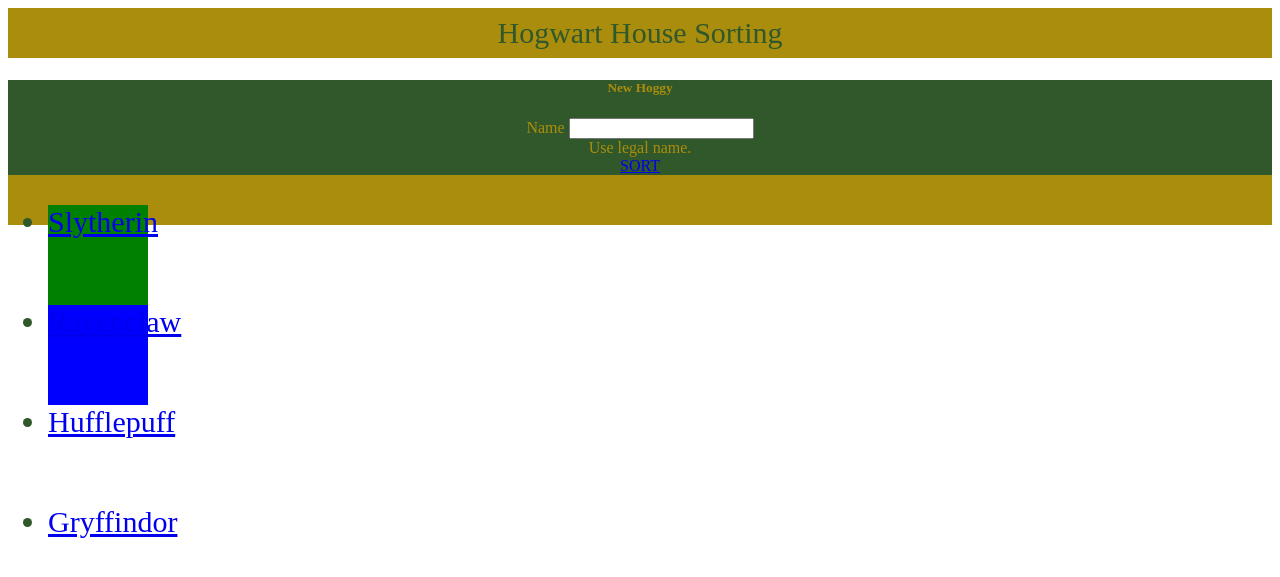
Repository: ZamlZam/INDIVIDUAL-PROJECT-sorting-hat
Page: index.html
An editor plug-in stored every save of this project. The page is shown before and after a run of saves, followed by the edit.
The browser window is 1280 px wide. The pictures show the whole page.

Above is the page before, as saved 2023-04-29 11:52:32.

After the next 5 saves:
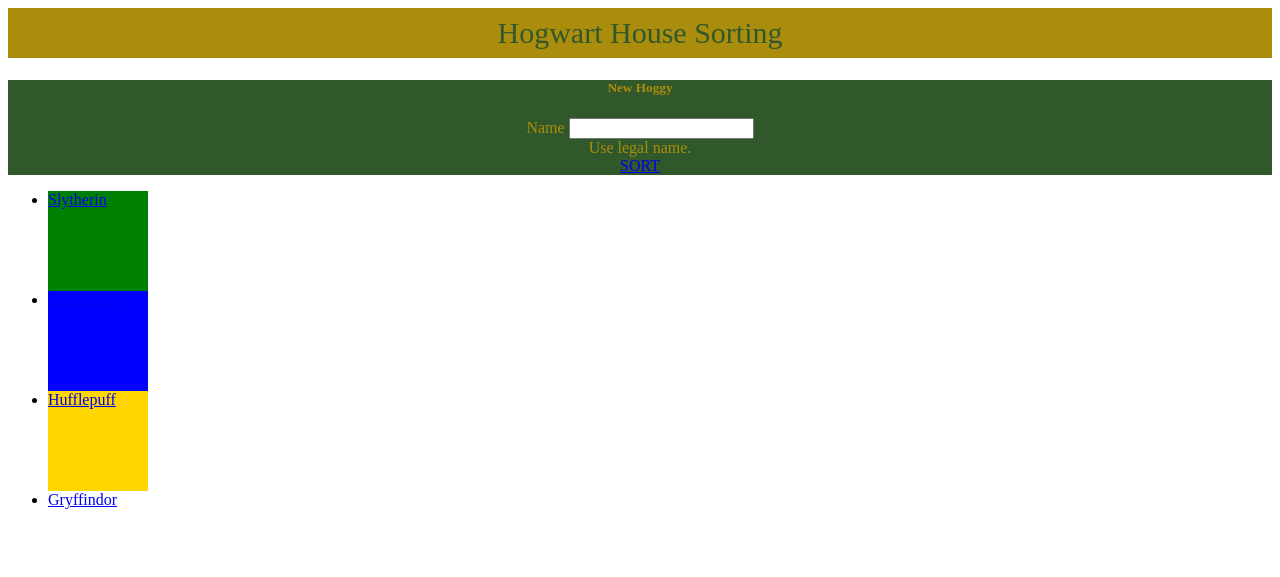
The 5 saves are shown as one change because they came seconds apart.
The last was saved 16 s later.
--- a/main.css
+++ b/main.css
@@ -37,8 +37,10 @@
 }
 
 .three{
-  background-color: yell
+  background-color: gold;
 }
+
+.four
 
 .card-footer{
 
